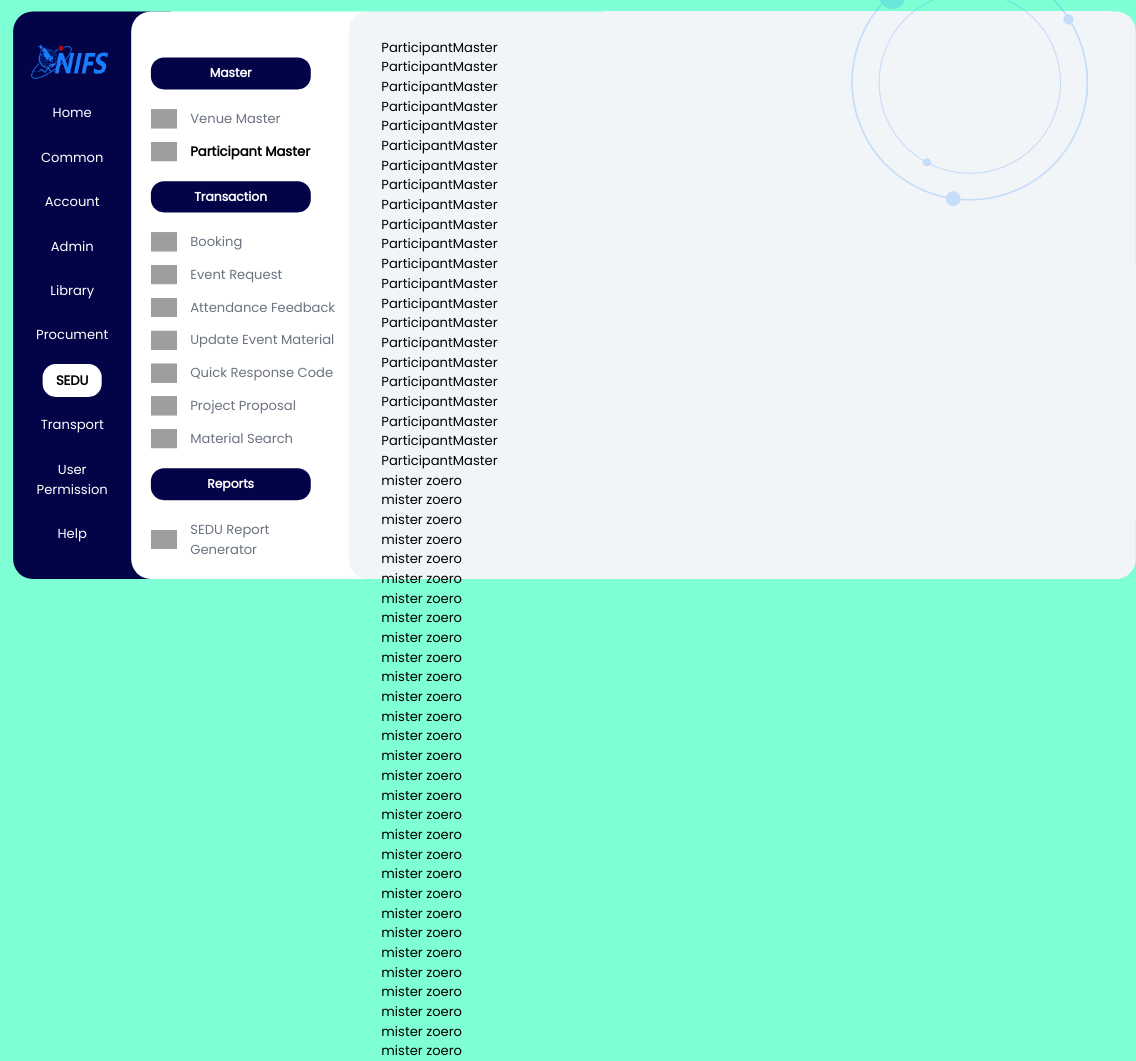
Repository: virangaj/NIFS-WebApp
Page: /sedu/participant-master (app in client/)
These files come from the project's save history. The page is drawn as it stood at one moment and after the next save; the edit follows.
The browser window is 1280 px wide. The page is 1385 px wide, so the pictures cover 1385 px, including what lies to the right of the window. The pictures show the whole page, at 82% of full size.
Pictures or frames that could not be fetched are drawn as grey boxes. An inner scrolling area shows only its first screen. The project was rebuilt for these pictures with package versions that can differ from the ones it lists, and the page was loaded fresh each time. Also part of the build but not shown: client/src/pages/Login.tsx, client/src/pages/Home.tsx, client/src/components/Transport/shared/TransportNavbar.js, client/src/pages/TransportMainPage.tsx, client/src/pages/CommonMainPage.tsx, client/src/pages/AccountMainPage.tsx, client/src/pages/AdminMainPage.tsx, client/src/pages/LibraryMainPage.js and 14 more.

Above is the page before, as saved 2022-07-31 00:41:58.

### client/public/index.html
<!DOCTYPE html>
<html lang="en">
	<head>
		<meta charset="utf-8" />
		<link rel="icon" href="nifs_logo.png" />
		<meta name="viewport" content="width=device-width, initial-scale=1" />
		<meta name="theme-color" content="#000000" />
		<meta
			name="description"
			content="Web site created using create-react-app"
		/>
		<link rel="apple-touch-icon" href="%PUBLIC_URL%/logo192.png" />
		<!--
      manifest.json provides metadata used when your web app is installed on a
      user's mobile device or desktop. See https://developers.google.com/web/fundamentals/web-app-manifest/
    -->
		<link rel="manifest" href="%PUBLIC_URL%/manifest.json" />
		<!--
      Notice the use of %PUBLIC_URL% in the tags above.
      It will be replaced with the URL of the `public` folder during the build.
      Only files inside the `public` folder can be referenced from the HTML.

      Unlike "/favicon.ico" or "favicon.ico", "%PUBLIC_URL%/favicon.ico" will
      work correctly both with client-side routing and a non-root public URL.
      Learn how to configure a non-root public URL by running `npm run build`.
    -->
		<link
			href="https://fonts.googleapis.com/css?family=Poppins"
			rel="stylesheet"
		/>
		<title>NIFS Dashboard</title>
	</head>
	<body>
		<noscript>You need to enable JavaScript to run this app.</noscript>
		<div id="root"></div>
		<!--
      This HTML file is a template.
      If you open it directly in the browser, you will see an empty page.

      You can add webfonts, meta tags, or analytics to this file.
      The build step will place the bundled scripts into the <body> tag.

      To begin the development, run `npm start` or `yarn start`.
      To create a production bundle, use `npm run build` or `yarn build`.
    -->
	</body>
</html>

### client/src/index.css
@tailwind base;
@tailwind components;
@tailwind utilities;

* {
  margin: 0;
}

body {
  font-family: 'Poppins' !important;
  -webkit-font-smoothing: antialiased;
  -moz-osx-font-smoothing: grayscale;
  background-color: #dfe7ee;

}

::-webkit-scrollbar {
  display: none;
}


:root {
  --main-navbar-back: #030347;
  --nav-title-section-back: rgba(47, 163, 72, 0.589);
  --white: #fff;
  --black: #000;
  --gray: rgba(68, 68, 68, 0.432);
  --border-radius: 10px;
  --pimary: rgb(10, 94, 133);
  --warning: #ed3d63;
  --secondary-nav-color: rgb(255, 255, 255);
  --body-content-bg: #f2f5f8;
}


.nav-logo {
  width: 100px;
  height: auto;
  margin-bottom: 2vh;
}

a {
  text-decoration: none;
}



/* main navbar */
.main-nav-bg {
  background-color: var(--main-navbar-back) !important;
}

.main-navbar {
  background-color: var(--main-navbar-back) !important;
  width: 100% !important;
  height: 80px !important;

}

/* secondary navbar */

.sec-nav-bg {
  background-color: var(--secondary-nav-color);
}

.secondary-navbar {
  margin: auto;
}

.nav-flex-section {
  display: -webkit-flex;
  display: -ms-flexbox;
  display: flex;
  -webkit-flex-wrap: wrap;
  -ms-flex-wrap: wrap;
  flex-wrap: wrap;
  justify-content: center;
}

.nav-flex-inside {
  margin-left: 5px;
  margin-left: 5px;
}

.nav-title {
  font-size: 15px;
  text-align: center;
  color: var(--white);
  font-weight: 600;

}

.nav-title-section {
  /* border-radius: var(--border-radius);
  background-color: var(--nav-title-section-back);
  box-shadow: rgba(100, 100, 111, 0.2) 0px 7px 29px 0px;
  pointer-events: none;
  margin-left: 10px;
  margin-left: 10px; */
  background-color: var(--main-navbar-back);
}

.nav-icon {
  width: 40px;
}

.nav-link {
  display: flex;
  display: -webkit-flex;
  display: -ms-flexbox;
  flex-direction: column;
  align-items: center;
  font-size: 14px;
  margin-left: 5px;
  margin-right: 5px;
  border: none;
  box-shadow: rgba(100, 100, 111, 0.2) 0px 7px 29px 0px;
  padding: 4px 8px 6px 8px;
  margin-bottom: 10px;
  text-align: center;
  width: 125px;
  border-radius: var(--border-radius);
  background-color: var(--white);
  outline: none;
  min-height: 120px;
}

.nav-link:hover {
  color: var(--pimary);
  cursor: pointer;
  box-shadow: rgba(81, 146, 177, 0.2) 0px 7px 29px 0px;
  background-color: rgb(254, 255, 205);
  border-bottom: 2px solid var(--warning);
}


.nav-link:active {
  color: var(--pimary);
  cursor: pointer;
  box-shadow: rgba(81, 146, 177, 0.2) 0px 7px 29px 0px;
  background-color: rgb(205, 248, 255);
  border-bottom: 2px solid var(--warning);
}

.nav-link-active {
  color: var(--pimary);
  cursor: pointer;
  box-shadow: rgba(81, 146, 177, 0.2) 0px 7px 29px 0px;
  background-color: rgb(205, 248, 255);
  border-bottom: 2px solid var(--warning);
}

/* body content*/
.custom-scroll {
  width: 75vw;
  height: 96vh;
}

.custom-scroll::-webkit-scrollbar {
  width: 5px;
}

.custom-scroll::-webkit-scrollbar-track {
  -webkit-box-shadow: inset 0 0 6px rgba(0, 0, 0, 0.3);
  border-radius: 5px;
}

.custom-scroll::-webkit-scrollbar-thumb {
  border-radius: 5px;
  -webkit-box-shadow: inset 0 0 6px red;
}

.body-content {
  margin: auto;
  width: 90%;
  margin-top: 12vh;

}

/* main page content */
.main-content {
  width: 90%;
  margin: auto;
  margin-top: 20px;
}

/* sub page content */

.sub-body-content {
  border: 2px solid var(--gray);
  border-radius: var(--border-radius);
  padding: 10px;
}

.sub-body-title {
  font-size: 24px;
}



/* error page */
.error-page {
  border: 2px solid var(--gray);
  border-radius: var(--border-radius);
  height: 50vh;
  width: 50vw;
  margin: auto;
  margin-top: 50px;
}

.error-page-content {
  display: flex;
  flex-direction: column;
  align-items: center;
  text-align: center !important;
  margin-top: 50px;
}

.error-page-content h1 {
  font-size: 100px;
  color: var(--warning);
  font-weight: 700;
  pointer-events: none;

}

.error-page-content p {
  font-size: 20px;
  margin-bottom: 20px;
  pointer-events: none;
}


@media screen and (max-width: 1366px) {
  body {
    background-color: aquamarine;
  }

  .nav-link {
    font-size: 12px;
    padding: 4px 4px 6px 4px;
    width: 100px;
    min-height: 100px;
  }

  .nav-icon {
    width: 35px;
  }
}

### client/src/App.tsx
import React, { useEffect } from 'react';
import Navbar from './components/shared/Navbar';
import Login from './pages/Login'
import { BrowserRouter as Router, Route, Routes } from 'react-router-dom'
import Home from './pages/Home';
import TransportMainPage from './pages/TransportMainPage';
import CommonMainPage from './pages/CommonMainPage';
import AccountMainPage from './pages/AccountMainPage';
import AdminMainPage from './pages/AdminMainPage';
import LibraryMainPage from './pages/LibraryMainPage';
import ProcumentMainPage from './pages/ProcumentMainPage';
import SeduMainPage from './pages/SeduMainPage';
import UserPermissionMainPage from './pages/UserPermissionMainPage';
import NotificationMainPage from './pages/NotificationMainPage';
import HelpMainPage from './pages/HelpMainPage';
import ErrorPage from './pages/ErrorPage';
import VerticalMainNavbar from './components/shared/VerticalMainNavbar';


function App() {


  return (
    <div className='w-[98%] flex mx-auto flex-col h-[100vh]'>
      <Router>
        {/* <Navbar /> */}
        <div>
          <VerticalMainNavbar />
        </div>
        <div className='overflow-y-scroll ml-4 scroll-bar'>
          <Routes>
            <Route path="/login" element={<Login />} />
            <Route path="/" element={<Home />} />
            <Route path="/common/*" element={<CommonMainPage />} />
            <Route path="/account/*" element={<AccountMainPage />} />
            <Route path="/admin/*" element={<AdminMainPage />} />
            <Route path="/library/*" element={<LibraryMainPage />} />
            <Route path="/procument/*" element={<ProcumentMainPage />} />
            <Route path="/sedu/*" element={<SeduMainPage />} />
            <Route path="/transport/*" element={<TransportMainPage />} />
            <Route
              path="/user-permission/*"
              element={<UserPermissionMainPage />}
            />
            <Route
              path="/notification/*"
              element={<NotificationMainPage />}
            />
            <Route path="/help/*" element={<HelpMainPage />} />
            <Route path="/error-404" element={<ErrorPage />} />
          </Routes>
        </div>


      </Router>
    </div>
  );
}

export default App;

### client/src/pages/SeduMainPage.tsx
import React from 'react';
import { Route, Routes } from 'react-router-dom';
import AttendanceFeedback from '../components/sedu/AttendanceFeedback';
import EventRequest from '../components/sedu/EventRequest';
import MaterialSearch from '../components/sedu/MaterialSearch';
import ParticipantMaster from '../components/sedu/ParticipantMaster';
import ProjectProposal from '../components/sedu/ProjectProposal';
import QuickResponseCode from '../components/sedu/QuickResponseCode';
import SeduBooking from '../components/sedu/SeduBooking';
import SeduReportGenerator from '../components/sedu/SeduReportGenerator';
import SeduSecondaryNavbar from '../components/sedu/shared/SeduSecondaryNavbar';
import UpdateEventMaterial from '../components/sedu/UpdateEventMaterial';
import VenueMaster from '../components/sedu/VenueMaster';
import SecondaryNavbar from '../components/shared/SecondaryNavbar';
import Pages from '../components/data/SeduNavData.json'
import VerticalSecondaryNavbar from '../components/shared/VerticalSecondaryNavbar';

import Dots from '../images/dots_circle_b.png'




// sedu main page where all other section of sedu department can be access from here
function SeduMainPage() {
	// console.log(Pages);


	return (

		<div >
			{/* <SeduSecondaryNavbar /> */}
			{/* <SecondaryNavbar pages={Pages} /> */}
			{/* <div className="main-content"> */}
			<div className='secondary-nav-position'>
				<VerticalSecondaryNavbar pages={Pages} />
			</div>

			<div className='absolute left-[425px] top-[2vh] bg-body-content-bg rounded-3xl pl-10 pt-8 pr-4 pb-4 custom-scroll'>
				<div className='fixed w-[400px] top-[-100px] right-[-100px]'>
					<img src={Dots} alt="Dots" />
				</div>
				<Routes>
					<Route path="/venue-master" element={<VenueMaster />} />
					<Route path="/participant-master" element={<ParticipantMaster />} />
					<Route path="/booking" element={<SeduBooking />} />
					<Route path="/event-request" element={<EventRequest />} />
					<Route path="/attendance-feedback" element={<AttendanceFeedback />} />
					<Route path="/update-material" element={<UpdateEventMaterial />} />
					<Route path="/quick-response" element={<QuickResponseCode />} />
					<Route path="/project-proposal" element={<ProjectProposal />} />
					<Route path="/material-search" element={<MaterialSearch />} />
					<Route path="/report-generator" element={<SeduReportGenerator />} />

				</Routes>
			</div>
		</div >);
}

export default SeduMainPage;

### client/src/components/shared/VerticalMainNavbar.tsx
import { Button } from '@mui/material'
import React from 'react'
import { Link, useLocation } from 'react-router-dom'
import Pages from '../data/MainNavPages.json'
import { HiMenuAlt2 } from "react-icons/hi";
import Logo from '../../images/nifs_logo.png'


function VerticalMainNavbar() {

    const location: any = useLocation();

    return (
        <>
            <div className='fixed left-0 w-48 top-[2vh] main-nav-bg ml-4 rounded-l-3xl'>
                <div className='h-[96vh] w-36 flex flex-col items-center py-10 px-2'>
                    <Link to='/'>
                        <img src={Logo} alt="logo" className="nav-logo" />
                    </Link>
                    {Pages.map((page, index) => (
                        location.pathname.split('/')[1] === page.link.split('/')[1] ?
                            <Link to={page.link} style={{ textDecoration: 'none' }} key={index}>
                                <button className='bg-white my-[1vh] px-4 py-2 rounded-2xl text-black font-bold hover:font-bold'>
                                    {page.title}
                                </button>
                            </Link>
                            :
                            <Link to={page.link} style={{ textDecoration: 'none' }} key={index}>
                                <button className='my-[1vh] px-4 py-2 rounded-2xl text-white hover:font-bold'>

                                    {page.title}
                                </button>
                            </Link>
                    ))}
                </div>
            </div>
            {/* <div className='fixed left-0 w-24 top-[2vh] visible md:invisible main-nav-bg ml-2 rounded-l-3xl'>
                <div className='h-[96vh] w-20 flex flex-col items-center py-10 px-2'>
                    <p className='text-white text-2xl cursor-pointer'>

                        <HiMenuAlt2 />
                    </p>


                </div>
            </div> */}
        </>
    )
}

export default VerticalMainNavbar

### client/src/components/shared/VerticalSecondaryNavbar.tsx
import React from 'react'
import Box from '@mui/material/Box';
import { Link, useLocation } from 'react-router-dom';
import Employees from '../data/Employee.json';

function VerticalSecondaryNavbar(props: any) {
    console.log(props.pages)
    const location = useLocation();
    const user = Employees[0];
    // const isAdmin: Boolean = user.deparment.toUpperCase() === location.pathname.split('/')[1].toUpperCase() && user.admin === true;
    const isAdmin: Boolean = true;

    console.log(isAdmin)
    const pages: any = props.pages;
    return (
        <div className='fixed left-0 w-72 top-[2vh] sec-nav-bg ml-40 rounded-l-3xl'>
            <div className='h-[96vh] w-[90%] flex flex-col items-start ml-4 py-10 px-2'>

                {pages.map((content: any, index: number) =>
                    <>
                        <div className='my-4 w-[80%] py-2 px-4 rounded-2xl nav-title-section'>
                            <p className='nav-title'>{content.section}</p>
                        </div>
                        {content.routes.map((page: any, i: number) => (
                            isAdmin ? <Link to={page.link} key={i}>
                                <div className='flex items-center'>
                                    <img src={page.img} alt={page.title} className='w-8' />
                                    <button className={location.pathname === page.link ? 'px-4 py-2 rounded-2xl text-black font-semibold text-left hover:text-blue-500 hover:font-semibold' : 'text-gray-500 px-4 py-2 text-left hover:text-blue-500 hover:font-semibold'}>{page.title}</button>
                                </div>
                            </Link> : (!page.only_admin ? <Link to={page.link} key={i}>
                                <div className='flex items-center'>
                                    <img src={page.img} alt={page.title} className='w-8' />
                                    <button className={location.pathname === page.link ? 'px-4 py-2 rounded-2xl text-black font-semibold text-left hover:text-blue-500 hover:font-semibold' : 'text-gray-500 px-4 py-2 text-left hover:text-blue-500 hover:font-semibold'}>{page.title}</button>
                                </div>
                            </Link> : "")
                        ))}
                    </>

                )}

            </div>

        </div>
    )
}

export default VerticalSecondaryNavbar

### client/src/components/sedu/ParticipantMaster.tsx
import React from 'react'

function ParticipantMaster() {
    return (
        <div className='overflow-y-scroll'>
            <h1>ParticipantMaster</h1>
            <h1>ParticipantMaster</h1>
            <h1>ParticipantMaster</h1>
            <h1>ParticipantMaster</h1>
            <h1>ParticipantMaster</h1>
            <h1>ParticipantMaster</h1>
            <h1>ParticipantMaster</h1>
            <h1>ParticipantMaster</h1>
            <h1>ParticipantMaster</h1>
            <h1>ParticipantMaster</h1>
            <h1>ParticipantMaster</h1>
            <h1>ParticipantMaster</h1>
            <h1>ParticipantMaster</h1>
            <h1>ParticipantMaster</h1>
            <h1>ParticipantMaster</h1>
            <h1>ParticipantMaster</h1>
            <h1>ParticipantMaster</h1>
            <h1>ParticipantMaster</h1>

            <h1>ParticipantMaster</h1>
            <h1>ParticipantMaster</h1>
            <h1>ParticipantMaster</h1>
            <h1>ParticipantMaster</h1>
            <h1>mister zoero</h1>
            <h1>mister zoero</h1>
            <h1>mister zoero</h1>
            <h1>mister zoero</h1>
            <h1>mister zoero</h1>
            <h1>mister zoero</h1>
            <h1>mister zoero</h1>
            <h1>mister zoero</h1>
            <h1>mister zoero</h1>
            <h1>mister zoero</h1>
            <h1>mister zoero</h1>
            <h1>mister zoero</h1>
            <h1>mister zoero</h1>
            <h1>mister zoero</h1>
            <h1>mister zoero</h1>
            <h1>mister zoero</h1>
            <h1>mister zoero</h1>
            <h1>mister zoero</h1>
            <h1>mister zoero</h1>
            <h1>mister zoero</h1>
            <h1>mister zoero</h1>
            <h1>mister zoero</h1>
            <h1>mister zoero</h1>
            <h1>mister zoero</h1>
            <h1>mister zoero</h1>
            <h1>mister zoero</h1>
            <h1>mister zoero</h1>
            <h1>mister zoero</h1>
            <h1>mister zoero</h1>
            <h1>mister zoero</h1>



        </div>
    )
}

export default ParticipantMaster

### client/src/components/data/SeduNavData.json
[
    {
        "section": "Master",
        "only_admin": false,
        "routes": [
            {
                "title": "Venue Master",
                "link": "/sedu/venue-master",
                "img": "https://img.icons8.com/fluency/50/000000/home.png",
                "only_admin": false
            },
            {
                "title": "Participant Master",
                "link": "/sedu/participant-master",
                "img": "https://img.icons8.com/fluency/50/000000/conference-foreground-selected.png",
                "only_admin": false
            }
        ]
    },
    {
        "section": "Transaction",
        "only_admin": false,
        "routes": [
            {
                "title": "Booking",
                "link": "/sedu/booking",
                "img": "https://img.icons8.com/fluency/50/000000/calendar-plus.png",
                "only_admin": false
            },
            {
                "title": "Event Request",
                "link": "/sedu/event-request",
                "img": "https://img.icons8.com/fluency/50/000000/invite.png",
                "only_admin": false
            },
            {
                "title": "Attendance Feedback",
                "link": "/sedu/attendance-feedback",
                "img": "https://img.icons8.com/fluency/50/000000/feedback-hub.png",
                "only_admin": false
            },
            {
                "title": " Update Event Material",
                "link": "/sedu/update-material",
                "img": "https://img.icons8.com/fluency/50/000000/available-updates.png",
                "only_admin": false
            },
            {
                "title": "Quick Response Code",
                "link": "/sedu/quick-response",
                "img": "https://img.icons8.com/fluency/50/000000/barcode-scanner.png",
                "only_admin": false
            },
            {
                "title": "Project Proposal",
                "link": "/sedu/project-proposal",
                "img": "https://img.icons8.com/fluency/50/000000/documents.png",
                "only_admin": false
            },
            {
                "title": "Material Search",
                "link": "/sedu/material-search",
                "img": "https://img.icons8.com/fluency/50/000000/search.png",
                "only_admin": false
            }
        ]
    },
    {
        "section": "Reports",
        "only_admin": true,
        "routes": [
            {
                "title": "SEDU Report Generator",
                "link": "/sedu/report-generator",
                "img": "https://img.icons8.com/cute-clipart/50/000000/load-from-file.png",
                "only_admin": true
            }
        ]
    }
]

### client/src/components/data/MainNavPages.json
[
    {
        "id": 0,
        "title": "Home",
        "link": "/"
    },
    {
        "id": 1,
        "title": "Common",
        "link": "/common"
    },
    {
        "id": 2,
        "title": "Account",
        "link": "/account"
    },
    {
        "id": 3,
        "title": "Admin",
        "link": "/admin"
    },
    {
        "id": 4,
        "title": "Library",
        "link": "/library"
    },
    {
        "id": 5,
        "title": "Procument",
        "link": "/procument"
    },
    {
        "id": 6,
        "title": "SEDU",
        "link": "/sedu"
    },
    {
        "id": 7,
        "title": "Transport",
        "link": "/transport"
    },
    {
        "id": 8,
        "title": "User Permission",
        "link": "/user-permission"
    },
    {
        "id": 10,
        "title": "Help",
        "link": "/help"
    }
]

### client/src/components/data/Employee.json
[
    {
        "id": 0,
        "value": "Mr. Kamal",
        "admin": true,
        "deparment": "Transpoort"
    },
    {
        "id": 1,
        "value": "Mr. Sunil",
        "admin": true,
        "deparment": "SEDU"
    },
    {
        "id": 2,
        "value": "Mr. Kusal",
        "admin": false,
        "deparment": "Transpoort"
    },
    {
        "id": 3,
        "value": "Mrs. Nayana",
        "admin": false,
        "deparment": "SEDU"
    },
    {
        "id": 4,
        "value": "Miss Rashmi",
        "admin": false,
        "deparment": "Transpoort"
    }
]

### client/tailwind.config.js
/** @type {import('tailwindcss').Config} */
module.exports = {
	content: ['./src/**/*.{js,jsx,ts,tsx}'],
	theme: {
		extend: {
			colors: {
				'body-content-bg': 'var(--body-content-bg)',
			},
		},
	},
	plugins: [],
};

Loaded but not shown: client/src/index.tsx (common file); client/src/reportWebVitals.ts (common file)

After the next save:
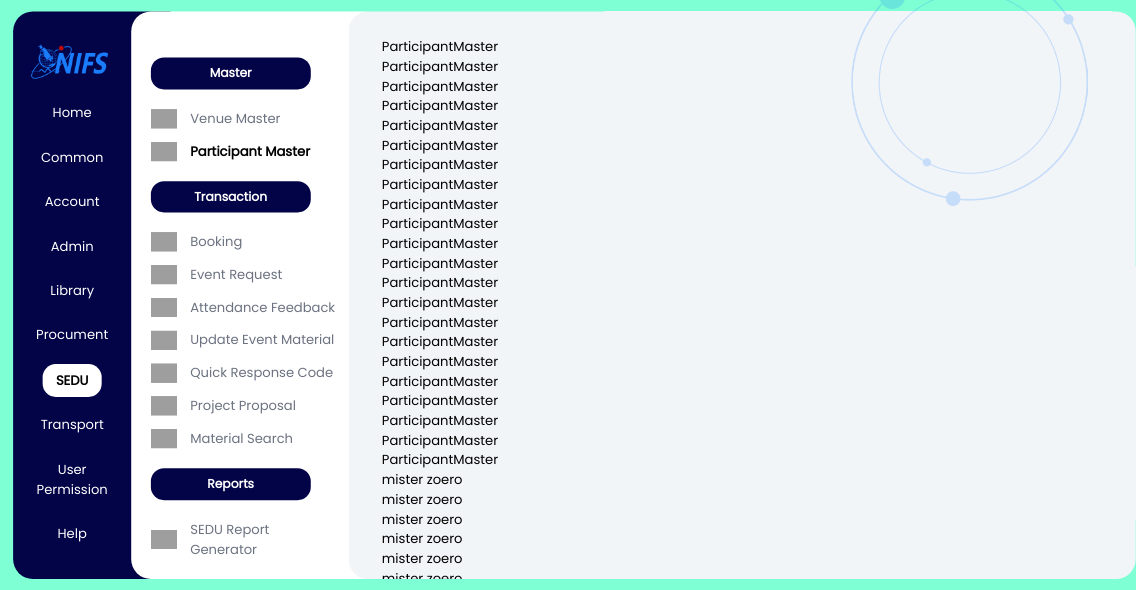
Saved 11 s later.
--- a/client/src/pages/SeduMainPage.tsx
+++ b/client/src/pages/SeduMainPage.tsx
@@ -35,7 +35,7 @@ function SeduMainPage() {
 				<VerticalSecondaryNavbar pages={Pages} />
 			</div>
 
-			<div className='absolute left-[425px] top-[2vh] bg-body-content-bg rounded-3xl pl-10 pt-8 pr-4 pb-4 custom-scroll'>
+			<div className='absolute left-[425px] top-[2vh] bg-body-content-bg rounded-3xl overflow-y-scroll pl-10 pt-8 pr-4 pb-4 custom-scroll'>
 				<div className='fixed w-[400px] top-[-100px] right-[-100px]'>
 					<img src={Dots} alt="Dots" />
 				</div>
